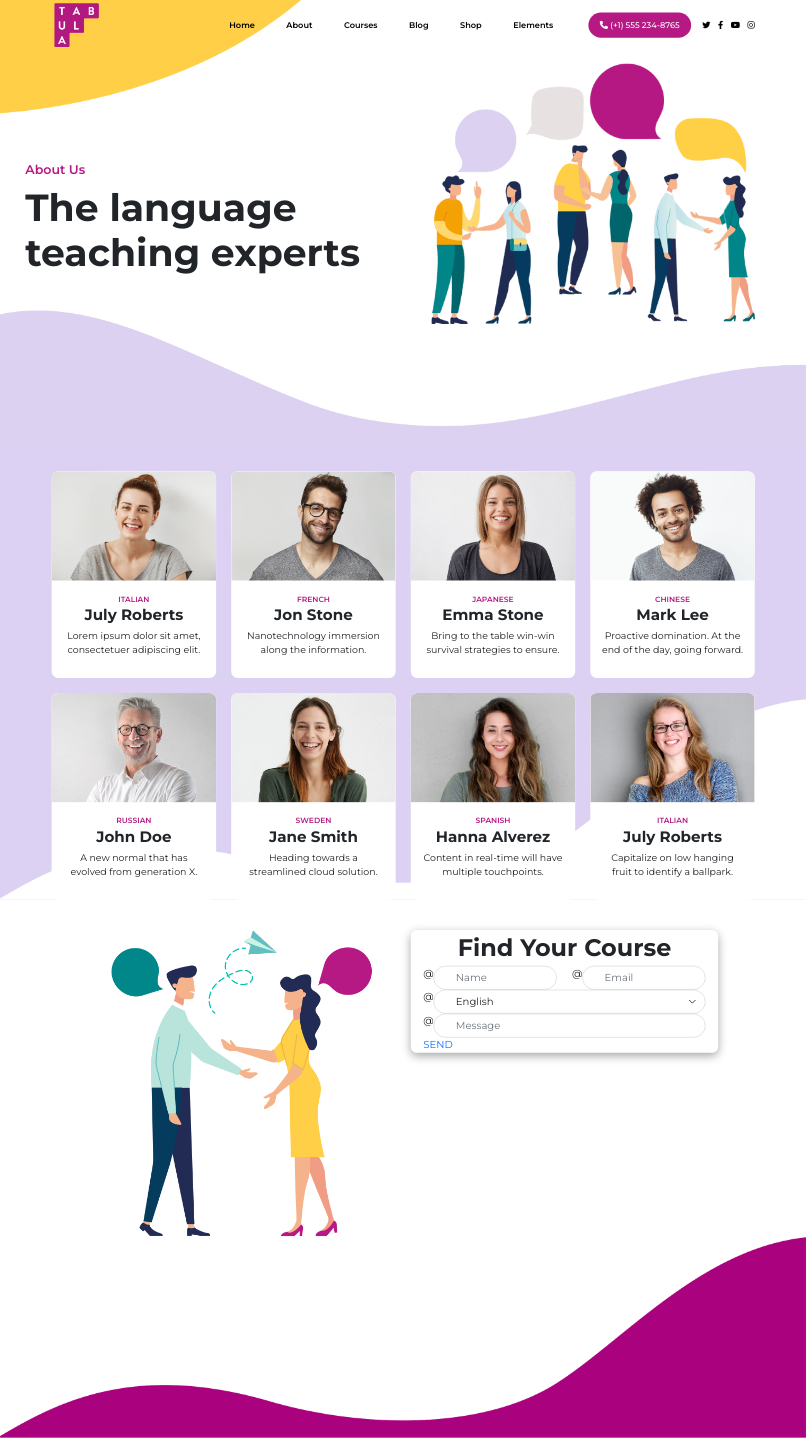
Repository: minhtrivu6199/tabula
Page: index.html
These files come from the project's save history. The page is drawn as it stood at one moment and after the next save; the edit follows.
The browser window is 1280 px wide. The pictures show the whole page, at 63% of full size.
Some web libraries are served in a nearby version. The style sheet was rebuilt from its Sass, Less or Tailwind sources for each picture, by a compiler version that may differ from the author's.

Above is the page before, as saved 2022-09-28 10:57:45.

After the next save:
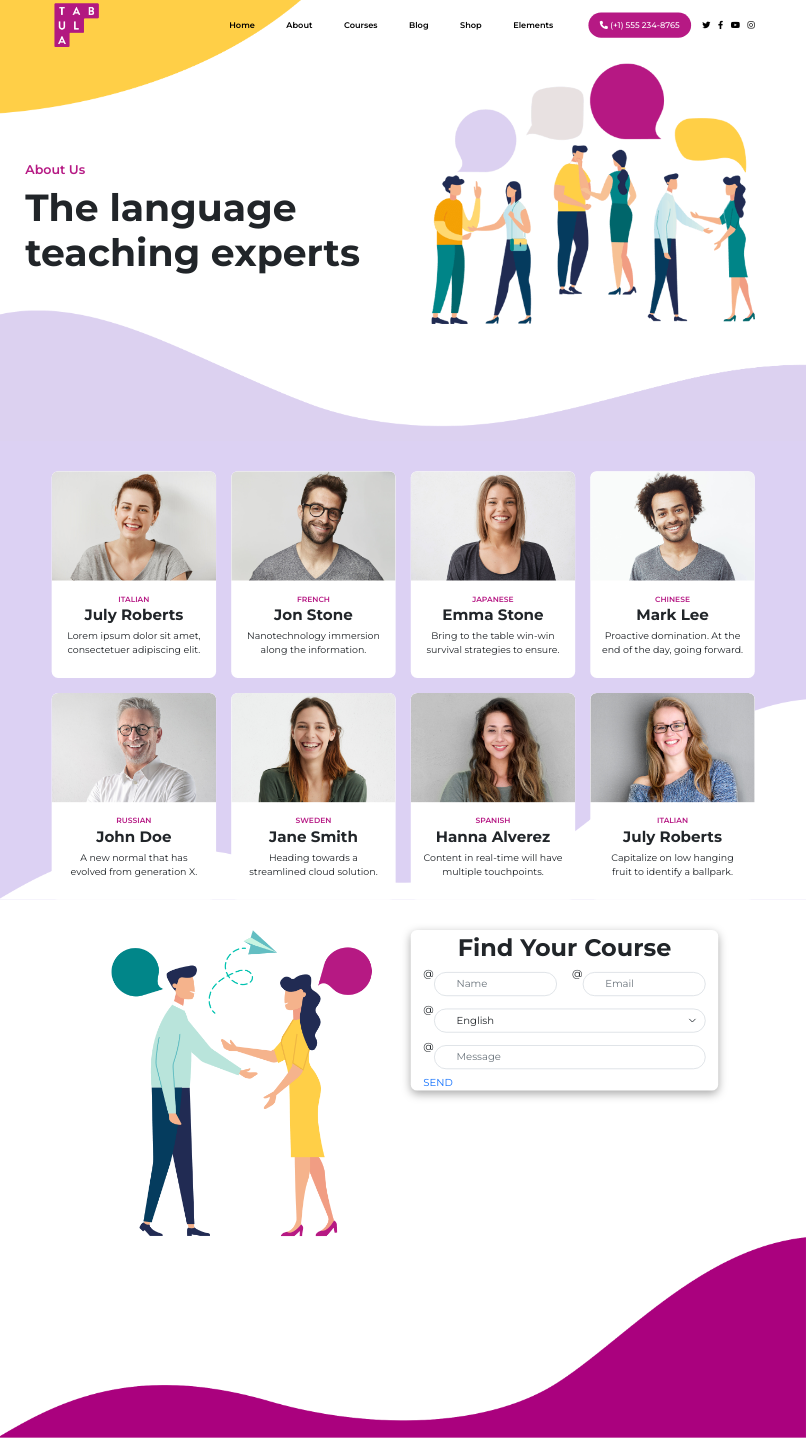
Saved 34 s later.
--- a/scss/style.scss
+++ b/scss/style.scss
@@ -306,6 +306,7 @@ img {
                                     .form-control, .form-select {
                                         border-radius: 50px;
                                         padding-left: 35px;
+                                        margin: 10px 0;
                                     }
 
                                     .btn-default {
